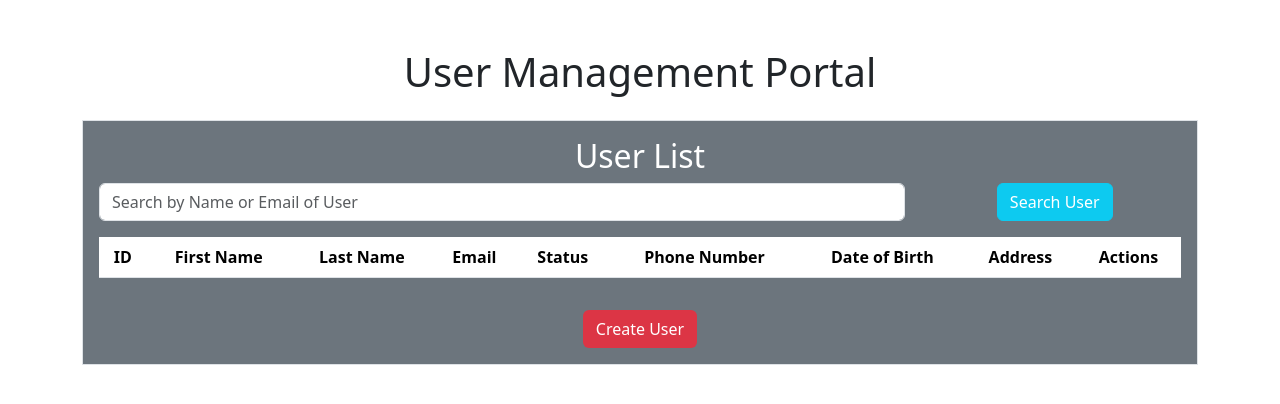
Repository: nairshreejith/reactstudent3
Page: /
The author's editor kept a copy of each file at every save. The page is drawn from the files as they stood at one save, then again after the next save.
The browser window is 1280 px wide. The pictures show the whole page.
The page's requests for data from a server got no answer. The project was rebuilt for these pictures with package versions that can differ from the ones it lists, and the page was loaded fresh each time. No one was signed in, and anything a server would have sent is missing.

Above is the page before, as saved 2023-09-16 23:39:30.

### src/App.js
import React, { useState, useEffect } from 'react';
import './App.css';
import './custom.css';
import axios from 'axios';

const api = axios.create({
  baseURL: 'http://localhost:8091', // Replace with your server's URL
});

function App() {
  const [users, setUsers] = useState([]);
  const [searchTerm, setSearchTerm] = useState('');
  const [newUser, setNewUser] = useState({
    firstname: '',
    lastname: '',
    email: '',
    status: '',
    phonenumber: '',
    dob: '',
    address: '',
  });
  const [editingUser, setEditingUser] = useState(null);
  const [showCreateForm, setShowCreateForm] = useState(false); // Track whether to display the create user form

  useEffect(() => {
    fetchUsers();
  }, []);

  const fetchUsers = () => {
    api.get(`/api/users`)
      .then((response) => setUsers(response.data))
      .catch((error) => console.error(error));
  };

  const handleSearch = () => {
    api.get(`/api/users/search/${searchTerm}`)
      .then((response) => setUsers(response.data))
      .catch((error) => console.error(error));
  };

  const handleCreateUser = () => {
    api.post('/api/users', newUser)
      .then(() => {
        fetchUsers();
        setNewUser({
          firstname: '',
          lastname: '',
          email: '',
          status: '',
          phonenumber: '',
          dob: '',
          address: '',
        });
        setShowCreateForm(false);
      })
      .catch((error) => console.error(error));
  };

  const handleModifyUser = (id) => {
    // Implement the logic to modify a user's data
    const modifiedUserData = users.find((user) => user.id === id);

    api.put(`/api/users/${id}`, modifiedUserData)
      .then(() => {
        // Refresh user list after modification
        fetchUsers();
        setEditingUser(null); // Clear the editing state
      })
      .catch((error) => console.error(error));
  };

  const handleDeleteUser = (id) => {
    api.delete(`/api/users/${id}`)
      .then(() => {
        fetchUsers();
      })
      .catch((error) => console.error(error));
  };

  return (
    <div className="App container mt-5">
      <h1 className="mb-4">User Management Portal</h1>
      <div className="border bg-secondary text-white p-3 mb-4">
        <h2>User List</h2>
        <div className="mb-3">
          <div className="row">
            <div className="col-md-9">
              <input type="text" className="form-control" placeholder="Search by Name or Email of User" value={searchTerm} onChange={(e) => setSearchTerm(e.target.value)} />
            </div>
            <div className="col-md-3">
              <button className="btn btn-info text-white" onClick={handleSearch}>Search User</button>
            </div>
          </div>
        </div>
        <table className="table table-striped">
          <thead>
            <tr>
              <th>ID</th>
              <th>First Name</th>
              <th>Last Name</th>
              <th>Email</th>
              <th>Status</th>
              <th>Phone Number</th>
              <th>Date of Birth</th>
              <th>Address</th>
              <th>Actions</th>
            </tr>
          </thead>
          <tbody>
            {users.map((user) => (
              <tr key={user.id}>
                <td>{user.id}</td>
                <td>
                  {editingUser === user.id ? (
                    <input
                      type="text"
                      className="form-control"
                      value={user.firstname}
                      onChange={(e) => {
                        const updatedUser = { ...user, firstname: e.target.value };
                        const updatedUsers = [...users];
                        updatedUsers[updatedUsers.findIndex((u) => u.id === user.id)] = updatedUser;
                        setUsers(updatedUsers);
                      }}
                    />
                  ) : (
                    user.firstname
                  )}
                </td>
                {/* Render other user attributes */}
                <td>{user.lastname}</td>
                <td>{user.email}</td>
                <td>{user.status}</td>
                <td>{user.phonenumber}</td>
                <td>{user.dob}</td>
                <td>{user.address}</td>
                <td>
                  {editingUser === user.id ? (
                    <button className="btn btn-success" onClick={() => handleModifyUser(user.id)}>Save User</button>
                  ) : (
                    <>
                      <button className="btn btn-warning" onClick={() => setEditingUser(user.id)}>Edit User</button>
                      <button className="btn btn-danger" onClick={() => handleDeleteUser(user.id)}>Delete User</button>
                    </>
                  )}
                </td>
              </tr>
            ))}
          </tbody>
        </table>
        <button className="btn bg-danger text-white mt-3" onClick={() => setShowCreateForm(!showCreateForm)}>
          {showCreateForm ? "Cancel" : "Create User"}
        </button>
        {showCreateForm && (
          <div class="mt-5">
            <h2>Create New User</h2>
            <div className="row">
              <div className="col-md-12">
                <label htmlFor="firstname">First Name</label>
                <input type="text" id="firstname" className="form-control" placeholder="First Name" value={newUser.firstname} onChange={(e) => setNewUser({ ...newUser, firstname: e.target.value })} />
              </div>
              <div className="col-md-12">
                <label htmlFor="lastname">Last Name</label>
                <input type="text" id="lastname" className="form-control" placeholder="Last Name" value={newUser.lastname} onChange={(e) => setNewUser({ ...newUser, lastname: e.target.value })} />
              </div>
              <div className="col-md-12">
                <label htmlFor="email">Email</label>
                <input type="text" id="email" className="form-control" placeholder="Email" value={newUser.email} onChange={(e) => setNewUser({ ...newUser, email: e.target.value })} />
              </div>
              <div className="col-md-12">
                <label htmlFor="status">Status</label>
                <input type="text" id="status" className="form-control" placeholder="Status" value={newUser.status} onChange={(e) => setNewUser({ ...newUser, status: e.target.value })} />
              </div>
            </div>
            <div className="row">
              <div className="col-md-12">
                <label htmlFor="phonenumber">Phone Number</label>
                <input type="text" id="phonenumber" className="form-control" placeholder="Phone Number" value={newUser.phonenumber} onChange={(e) => setNewUser({ ...newUser, phonenumber: e.target.value })} />
              </div>
              <div className="col-md-12">
                <label htmlFor="dob">Date of Birth</label>
                <input type="text" id="dob" className="form-control" placeholder="Date of Birth" value={newUser.dob} onChange={(e) => setNewUser({ ...newUser, dob: e.target.value })} />
              </div>
              <div className="col-md-12">
                <label htmlFor="address">Address</label>
                <input type="text" id="address" className="form-control" placeholder="Address" value={newUser.address} onChange={(e) => setNewUser({ ...newUser, address: e.target.value })} />
              </div>
              <div className="mb-4 p-3">
                <button className="btn bg-success text-white" onClick={handleCreateUser}>Create User</button>
              </div>
            </div>
          </div>
        )}
      </div>
    </div>
  );
}

export default App;

### src/App.css
.App {
  text-align: center;

}


.App-logo {
  height: 40vmin;
  pointer-events: none;
}

@media (prefers-reduced-motion: no-preference) {
  .App-logo {
    animation: App-logo-spin infinite 20s linear;
  }
}

.App-header {
  background-color: black;
  min-height: 100vh;
  display: flex;
  flex-direction: column;
  align-items: center;
  justify-content: center;
  font-size: calc(10px + 2vmin);
  color: white;
}

.App-link {
  color: #61dafb;
}

@keyframes App-logo-spin {
  from {
    transform: rotate(0deg);
  }
  to {
    transform: rotate(360deg);
  }
}

### src/custom.css



body {
    background-color: black;
    color: white; /* Set the text color to white */
}

Loaded but not shown: public/index.html (common file); src/index.js (common file); src/reportWebVitals.js (common file); src/index.css (no stored copy; drawn as an empty file)

After the next save:
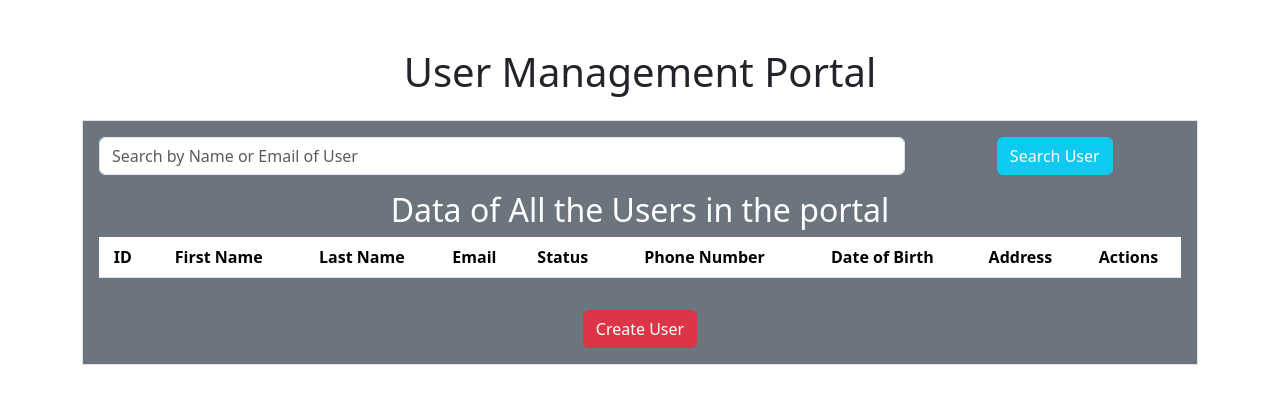
Saved 49 s later.
--- a/src/App.js
+++ b/src/App.js
@@ -81,7 +81,6 @@ function App() {
     <div className="App container mt-5">
       <h1 className="mb-4">User Management Portal</h1>
       <div className="border bg-secondary text-white p-3 mb-4">
-        <h2>User List</h2>
         <div className="mb-3">
           <div className="row">
             <div className="col-md-9">
@@ -92,6 +91,7 @@ function App() {
             </div>
           </div>
         </div>
+        <h2>Data of All the Users in the portal</h2>
         <table className="table table-striped">
           <thead>
             <tr>
